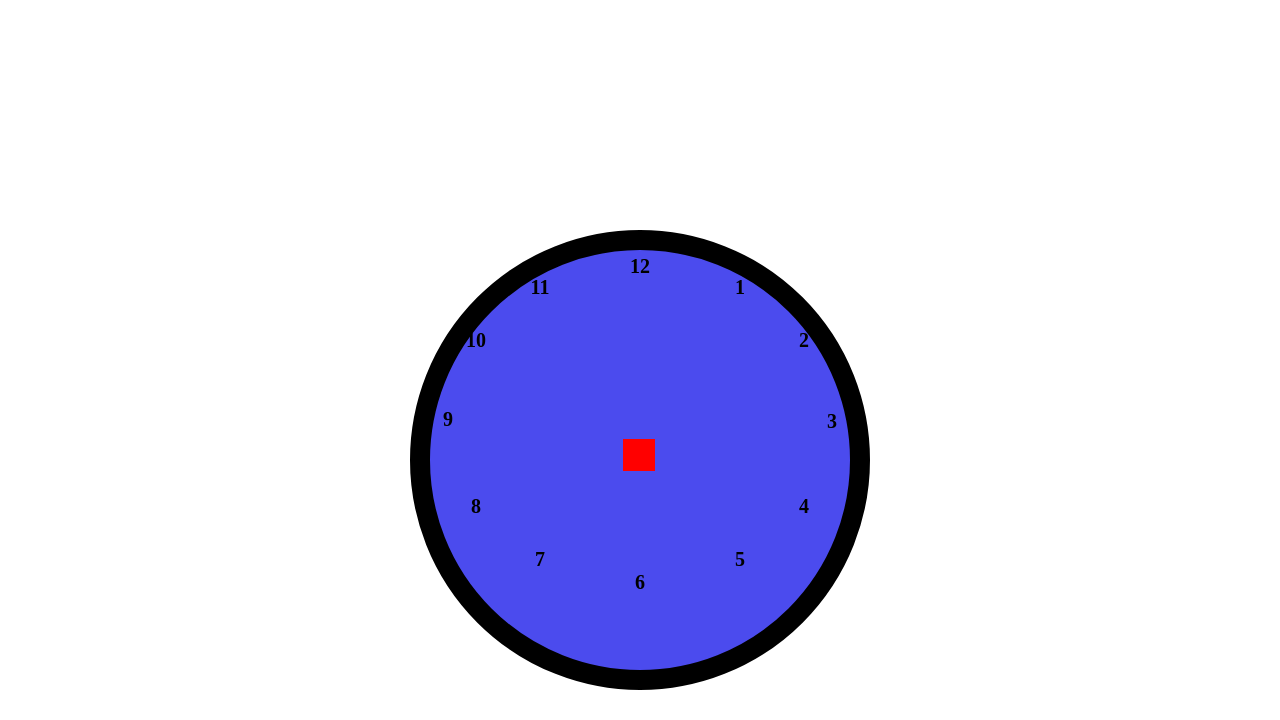
Repository: Eugene44-hub/Analog-clock
Page: index.html
The author's editor kept a copy of each file at every save. The page is drawn from the files as they stood at one save, then again after the next save.
The browser window is 1280 px wide. The pictures show the whole page.

Above is the page before, as saved 2021-09-04 15:37:57.

### index.html
<!DOCTYPE html>
<html lang="en">

<head>
    <meta charset="UTF-8">
    <meta http-equiv="X-UA-Compatible" content="IE=edge">
    <meta name="viewport" content="width=device-width, initial-scale=1.0">
    <title>Document</title>
    <link rel="stylesheet" href="style.css">
</head>

<body>
    <div class="clock">
        <div class="numbers">
            <div class="circle"></div>

            <div class="num1">1</div>
            <div class="num2">2</div>
            <div class="num3">3</div>
            <div class="num4">4</div>
            <div class="num5">5</div>
            <div class="num6">6</div>
            <div class="num7">7</div>
            <div class="num8">8</div>
            <div class="num9">9</div>
            <div class="num10">10</div>
            <div class="num11">11</div>
            <div class="num12">12</div>
        </div>
    </div>
</body>

</html>

### style.css
* {
    padding: 0;
    margin: 0;
}

.clock {
    background-color: rgb(75, 75, 238);
    height: 400px;
    width: 400px;
    border: 20px solid black;
    text-align: center;
    font-weight: bold;
    font-family: cursive;
    font-size: 20px;
    transform: translate(0, 50%);
    position: relative;
    border-radius: 50%;
    margin: auto;
    padding: 10px;
}

.circle {
    background-color: red;
    position: absolute;
    top: 45%;
    left: 46%;
    width: 32px;
    height: 32px;
    border: 50%;
}

.num6 {
    transform: translate(0, 850%);
}

.num9 {
    transform: translate(-48%, -155%);
}

.num12 {
    transform: translate(0, -1120%);
}

.num3 {
    transform: translate(48%, 450%);
}

.num1 {
    transform: translate(25%, 70%);
}

.num2 {
    transform: translate(41%, 200%);
}

.num4 {
    transform: translate(41%, 720%);
}

.num11 {
    transform: ;
}

.num5 {
    transform: translate(25%, 850%);
}

.num5 {
    transform: translate(25%, 850%);
}

.num7 {
    transform: translate(-25%, 650%);
}

.num8 {
    transform: translate(-41%, 320%);
}

.num11 {
    transform: translate(-25%, -930%)
}

.num10 {
    transform: translate(-41%, -600%);
}


/* .num1,
.num2,
.num3,
.num4,
.num5,
.num6,
.num7,
.num8,
.num9,
.num10,
.num11,
.num12 {
    padding: 15px;
} */


/* .num1 {
    transform: translate(28%, 100%);
}

.num2 {
    transform: translate(44%, 260%);
}

.num3 {
    transform: translate(48%, 489%);
}

.num4 {
    transform: translate(44%, 750%);
}

.num5 {
    transform: translate(28%, 890%);
}

.num6 {
    transform: translate(0, 890%);
}

.num7 {
    transform: translate(24%, 694%);
}

.num8 {
    transform: translate(-44%, 350%)
}

.num9 {
    transform: translate(-48%, -100%);
}

.num10 {
    transform: translate(-44%, -540%);
}

.num11 {
    transform: translate(-28%, -900%);
}

.num12 {
    transform: translate(0, -1130%);
} */

After the next save:
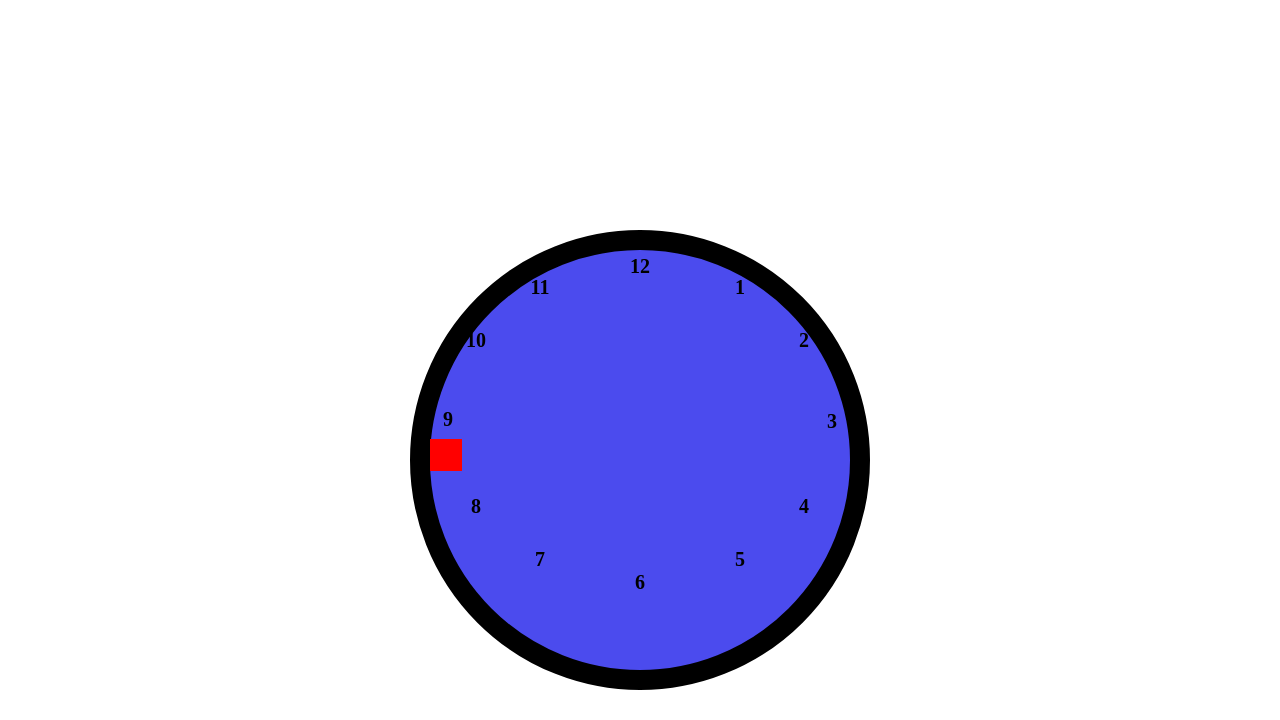
Saved 17 s later.
--- a/style.css
+++ b/style.css
@@ -23,7 +23,7 @@
     background-color: red;
     position: absolute;
     top: 45%;
-    left: 46%;
+    left: 0%;
     width: 32px;
     height: 32px;
     border: 50%;

After the save that followed:
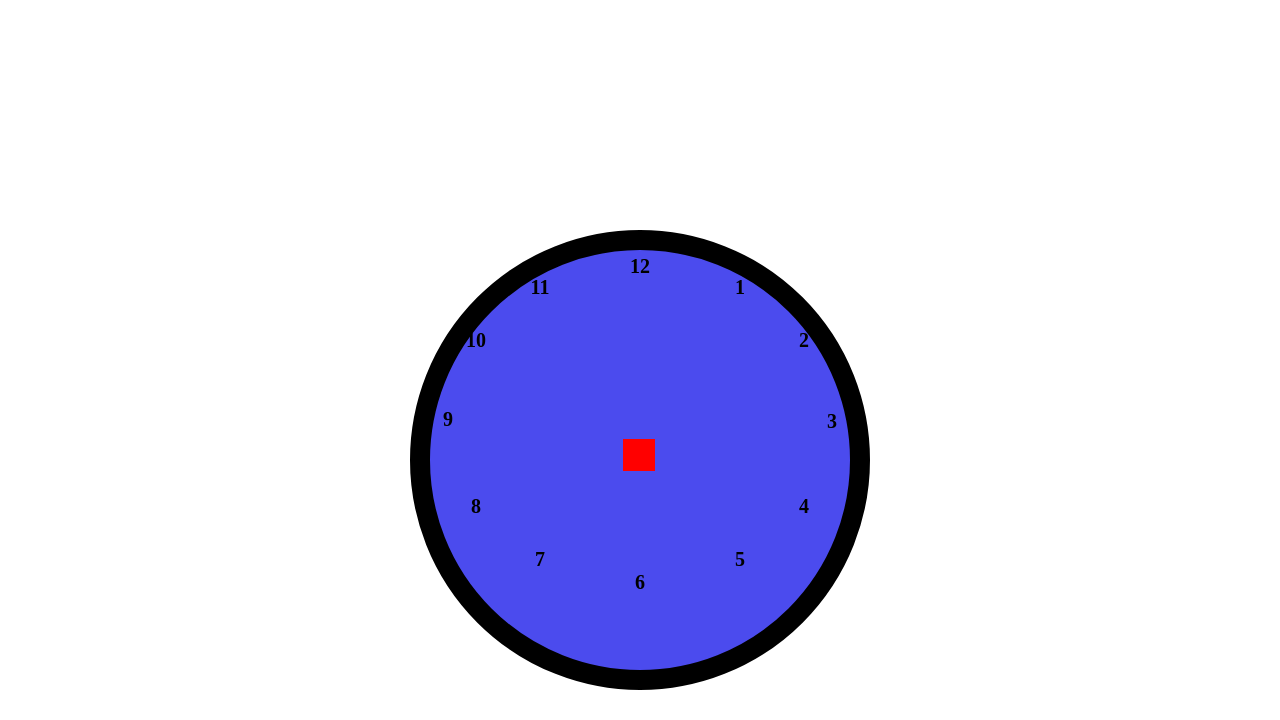
Saved 4 s later.
--- a/style.css
+++ b/style.css
@@ -23,7 +23,7 @@
     background-color: red;
     position: absolute;
     top: 45%;
-    left: 0%;
+    left: 46%;
     width: 32px;
     height: 32px;
     border: 50%;
